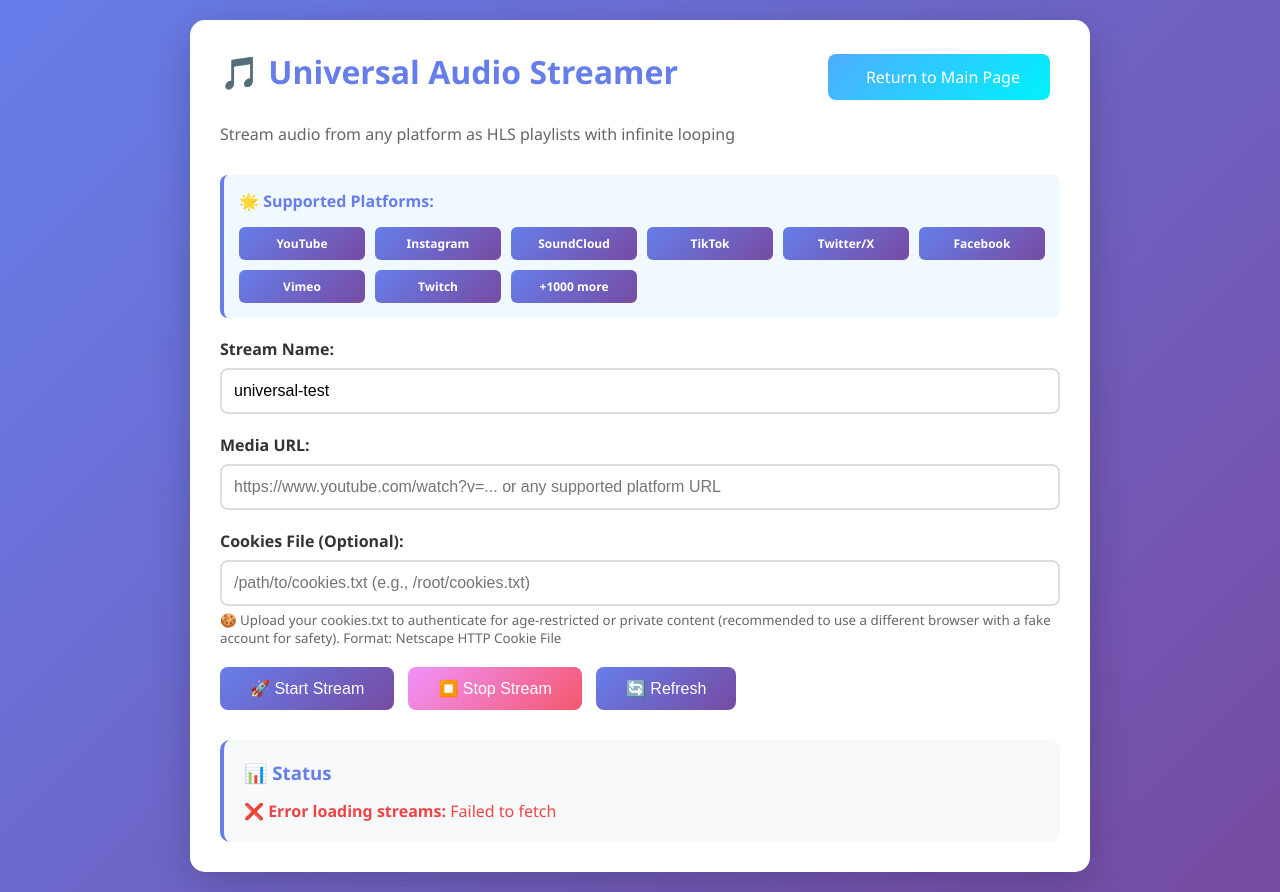
Repository: Anubis2001/quran-live-m3u8
Page: public/universal-streamer.html
An editor plug-in stored every save of this project. The page is shown before and after the next save, followed by the edit.
The browser window is 1280 px wide. The pictures show the whole page.
The page's requests for data from a server got no answer.

Above is the page before, as saved 2026-04-03 20:31:26.

### public/universal-streamer.html
<!DOCTYPE html>
<html lang="en">
<head>
    <meta charset="UTF-8">
    <meta name="viewport" content="width=device-width, initial-scale=1.0">
    <title>Universal Audio Streamer</title>
    <style>
        * {
            margin: 0;
            padding: 0;
            box-sizing: border-box;
        }

        body {
            font-family: 'Segoe UI', Tahoma, Geneva, Verdana, sans-serif;
            background: linear-gradient(135deg, #667eea 0%, #764ba2 100%);
            min-height: 100vh;
            padding: 20px;
        }

        .container {
            max-width: 900px;
            margin: 0 auto;
            background: white;
            border-radius: 15px;
            padding: 30px;
            box-shadow: 0 10px 40px rgba(0,0,0,0.2);
        }

        h1 {
            color: #667eea;
            margin-bottom: 10px;
        }

        .subtitle {
            color: #666;
            margin-bottom: 30px;
        }

        .form-group {
            margin-bottom: 20px;
        }

        label {
            display: block;
            margin-bottom: 8px;
            color: #333;
            font-weight: 600;
        }

        input[type="text"],
        input[type="url"] {
            width: 100%;
            padding: 12px;
            border: 2px solid #ddd;
            border-radius: 8px;
            font-size: 16px;
            transition: border-color 0.3s;
        }

        input:focus {
            outline: none;
            border-color: #667eea;
        }

        .btn {
            background: linear-gradient(135deg, #667eea 0%, #764ba2 100%);
            color: white;
            border: none;
            padding: 12px 30px;
            border-radius: 8px;
            font-size: 16px;
            cursor: pointer;
            transition: transform 0.2s, box-shadow 0.2s;
            margin-right: 10px;
        }

        .btn:hover {
            transform: translateY(-2px);
            box-shadow: 0 5px 15px rgba(102, 126, 234, 0.4);
        }

        .btn:active {
            transform: translateY(0);
        }

        .btn-stop {
            background: linear-gradient(135deg, #f093fb 0%, #f5576c 100%);
        }

        .btn-secondary {
            background: linear-gradient(135deg, #4facfe 0%, #00f2fe 100%);
        }

        .status-box {
            margin-top: 30px;
            padding: 20px;
            background: #f8f9fa;
            border-radius: 10px;
            border-left: 4px solid #667eea;
        }

        .status-box h3 {
            color: #667eea;
            margin-bottom: 15px;
        }

        .stream-item {
            background: white;
            padding: 15px;
            margin-bottom: 10px;
            border-radius: 8px;
            border: 1px solid #e0e0e0;
        }

        .stream-item strong {
            color: #667eea;
        }

        .success {
            color: #22c55e;
        }

        .error {
            color: #ef4444;
        }

        .loading {
            display: inline-block;
            width: 20px;
            height: 20px;
            border: 3px solid rgba(102, 126, 234, 0.3);
            border-radius: 50%;
            border-top-color: #667eea;
            animation: spin 1s ease-in-out infinite;
        }

        @keyframes spin {
            to { transform: rotate(360deg); }
        }

        .audio-player {
            margin-top: 15px;
            width: 100%;
        }

        code {
            background: #f0f0f0;
            padding: 2px 6px;
            border-radius: 3px;
            font-family: 'Courier New', monospace;
            color: #d63384;
        }

        .platforms-grid {
            display: grid;
            grid-template-columns: repeat(auto-fit, minmax(120px, 1fr));
            gap: 10px;
            margin-top: 15px;
        }

        .platform-badge {
            background: linear-gradient(135deg, #667eea 0%, #764ba2 100%);
            color: white;
            padding: 8px 12px;
            border-radius: 6px;
            text-align: center;
            font-size: 12px;
            font-weight: 600;
        }
    </style>
</head>
<body>
    <div class="container">
        <div style="display: flex; justify-content: space-between; align-items: center; margin-bottom: 20px;">
            <h1>🎵 Universal Audio Streamer</h1>
            <a href="/dashboard.html" class="btn btn-secondary" style="text-decoration: none; display: inline-flex; align-items: center; gap: 8px;">
                <i class="fas fa-arrow-left"></i> Return to Main Page
            </a>
        </div>
        <p class="subtitle">Stream audio from any platform as HLS playlists with infinite looping</p>

        <div style="background: #f0f9ff; border-left: 4px solid #667eea; padding: 15px; margin-bottom: 20px; border-radius: 8px;">
            <p style="color: #667eea; font-weight: 600; margin-bottom: 10px;">🌟 Supported Platforms:</p>
            <div class="platforms-grid">
                <div class="platform-badge">YouTube</div>
                <div class="platform-badge">Instagram</div>
                <div class="platform-badge">SoundCloud</div>
                <div class="platform-badge">TikTok</div>
                <div class="platform-badge">Twitter/X</div>
                <div class="platform-badge">Facebook</div>
                <div class="platform-badge">Vimeo</div>
                <div class="platform-badge">Twitch</div>
                <div class="platform-badge">+1000 more</div>
            </div>
        </div>

        <div class="form-group">
            <label for="streamName">Stream Name:</label>
            <input type="text" id="streamName" placeholder="e.g., my-audio-stream" value="universal-test">
        </div>

        <div class="form-group">
            <label for="mediaUrl">Media URL:</label>
            <input type="url" id="mediaUrl" placeholder="https://www.youtube.com/watch?v=... or any supported platform URL">
        </div>

        <div class="form-group">
            <label for="cookiesPath">Cookies File (Optional):</label>
            <input type="text" id="cookiesPath" placeholder="/path/to/cookies.txt (e.g., /root/cookies.txt)">
            <small style="color: #666; display: block; margin-top: 5px;">
                🍪 Upload your cookies.txt to authenticate for age-restricted or private content (recommended to use a different browser with a fake account for safety).
                Format: Netscape HTTP Cookie File
            </small>
        </div>

        <div style="margin-top: 20px;">
            <button class="btn" onclick="startStream()" id="startBtn">
                🚀 Start Stream
            </button>
            <button class="btn btn-stop" onclick="stopStream()" id="stopBtn">
                ⏹️ Stop Stream
            </button>
            <button class="btn" onclick="loadStreams()" id="refreshBtn">
                🔄 Refresh
            </button>
        </div>

        <div class="status-box" id="statusBox">
            <h3>📊 Status</h3>
            <div id="statusContent">Click "Refresh" to load active streams</div>
        </div>
    </div>

    <script>
        const SERVER_URL = window.location.origin;
        const AUTH_HEADER = 'Basic YWRtaW46QCFKS0YzZVdkMTI=';

        async function startStream() {
            const name = document.getElementById('streamName').value.trim();
            const url = document.getElementById('mediaUrl').value.trim();
            const cookiesPath = document.getElementById('cookiesPath').value.trim();

            if (!name || !url) {
                alert('Please enter both stream name and media URL');
                return;
            }

            const btn = document.getElementById('startBtn');
            btn.disabled = true;
            btn.innerHTML = '<span class="loading"></span> Starting...';

            try {
                const requestBody = { url: url };
                if (cookiesPath) {
                    requestBody.cookies = cookiesPath;
                }

                const response = await fetch(`${SERVER_URL}/api/streams/youtube/${name}`, {
                    method: 'POST',
                    headers: {
                        'Authorization': AUTH_HEADER,
                        'Content-Type': 'application/json'
                    },
                    body: JSON.stringify(requestBody)
                });

                if (response.ok) {
                    const data = await response.json();
                    const authInfo = data.authenticated ? '<br><strong>🍪 Authenticated:</strong> Yes (using cookies)' : '';
                    const platformInfo = data.platform ? `<br><strong>🎯 Platform:</strong> ${data.platform}` : '';
                    document.getElementById('statusContent').innerHTML = `
                        <div class="success">
                            <strong>✅ Stream started successfully!</strong><br><br>
                            <strong>Name:</strong> ${data.name}${platformInfo}<br>
                            <strong>Stream URL:</strong> <code>${data.streamUrl}</code>${authInfo}<br><br>
                            <audio controls class="audio-player">
                                <source src="${data.streamUrl}" type="application/vnd.apple.mpegurl">
                                Your browser does not support HLS playback.
                            </audio>
                        </div>
                    `;
                    loadStreams();
                } else {
                    const error = await response.json();
                    throw new Error(error.error || 'Failed to start stream');
                }
            } catch (error) {
                document.getElementById('statusContent').innerHTML = `
                    <div class="error">
                        <strong>❌ Error:</strong> ${error.message}
                    </div>
                `;
            } finally {
                btn.disabled = false;
                btn.innerHTML = '🚀 Start Stream';
            }
        }

        async function stopStream() {
            const name = document.getElementById('streamName').value.trim();

            if (!name) {
                alert('Please enter a stream name');
                return;
            }

            try {
                const response = await fetch(`${SERVER_URL}/api/streams/${name}/stop`, {
                    method: 'POST',
                    headers: {
                        'Authorization': AUTH_HEADER
                    }
                });

                if (response.ok) {
                    document.getElementById('statusContent').innerHTML = `
                        <div class="success">
                            <strong>✅ Stream stopped!</strong>
                        </div>
                    `;
                    loadStreams();
                } else {
                    const error = await response.text();
                    throw new Error(error);
                }
            } catch (error) {
                document.getElementById('statusContent').innerHTML = `
                    <div class="error">
                        <strong>❌ Error:</strong> ${error.message}
                    </div>
                `;
            }
        }

        async function loadStreams() {
            const statusContent = document.getElementById('statusContent');
            statusContent.innerHTML = '<span class="loading"></span> Loading...';

            try {
                const response = await fetch(`${SERVER_URL}/api/streams`);
                const streams = await response.json();

                if (streams.length === 0) {
                    statusContent.innerHTML = '<p>No active streams</p>';
                    return;
                }

                let html = '';
                streams.forEach(stream => {
                    const statusColor = stream.status === 'running' ? '#22c55e' : '#ef4444';
                    html += `
                        <div class="stream-item">
                            <strong>${stream.name}</strong><br>
                            <span style="color: ${statusColor}">● ${stream.status.toUpperCase()}</span><br>
                            <small>Created: ${new Date(stream.createdAt).toLocaleString()}</small><br>
                            <code>${stream.url}</code><br>
                            <audio controls style="margin-top: 10px; width: 100%;">
                                <source src="${stream.url}" type="application/vnd.apple.mpegurl">
                                Your browser does not support HLS
                            </audio>
                        </div>
                    `;
                });

                statusContent.innerHTML = html;
            } catch (error) {
                statusContent.innerHTML = `
                    <div class="error">
                        <strong>❌ Error loading streams:</strong> ${error.message}
                    </div>
                `;
            }
        }

        // Load streams on page load
        loadStreams();
    </script>
</body>
</html>

After the next save:
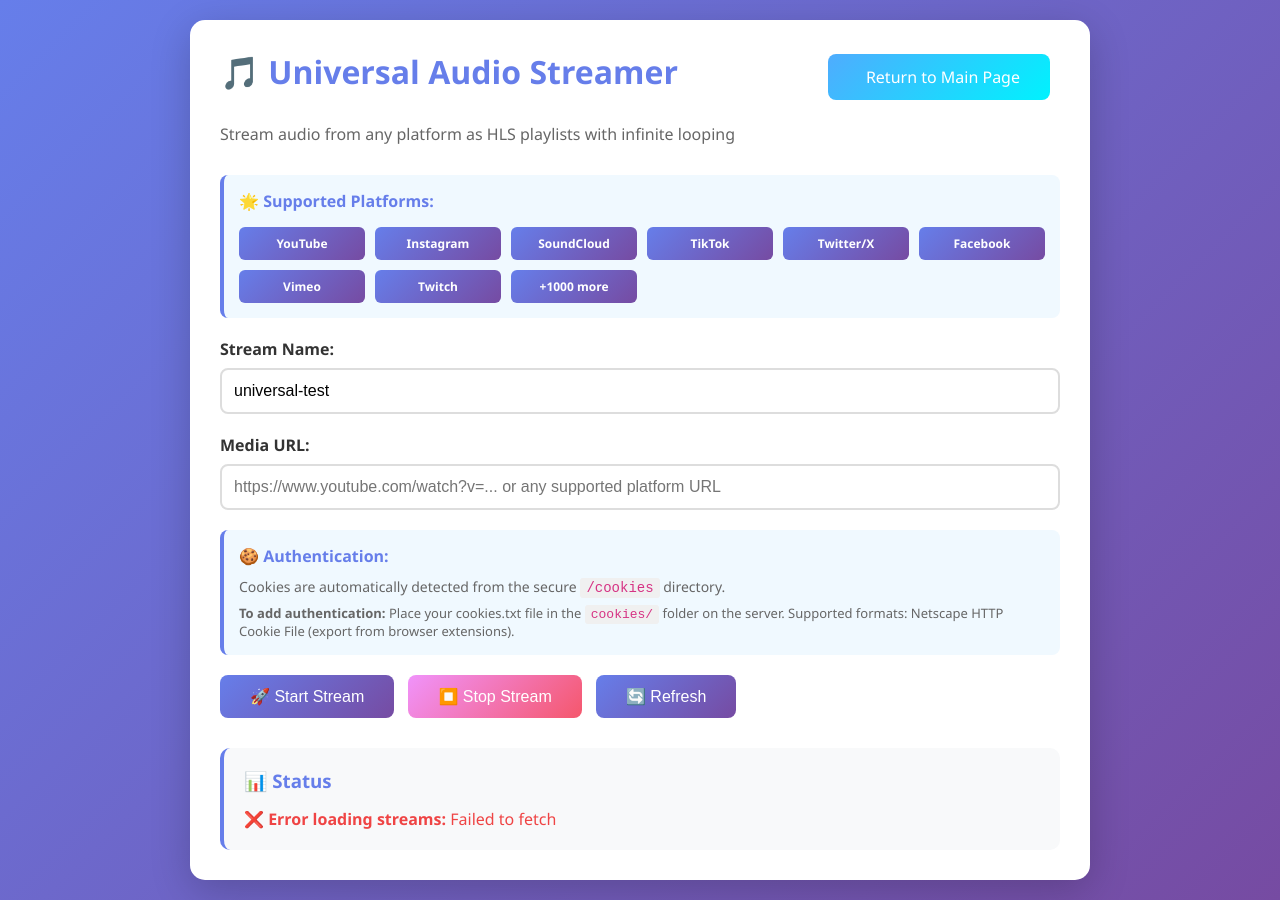
Saved 23 s later.
--- a/public/universal-streamer.html
+++ b/public/universal-streamer.html
@@ -205,13 +205,15 @@
             <input type="url" id="mediaUrl" placeholder="https://www.youtube.com/watch?v=... or any supported platform URL">
         </div>
 
-        <div class="form-group">
-            <label for="cookiesPath">Cookies File (Optional):</label>
-            <input type="text" id="cookiesPath" placeholder="/path/to/cookies.txt (e.g., /root/cookies.txt)">
-            <small style="color: #666; display: block; margin-top: 5px;">
-                🍪 Upload your cookies.txt to authenticate for age-restricted or private content (recommended to use a different browser with a fake account for safety).
-                Format: Netscape HTTP Cookie File
-            </small>
+        <div style="background: #f0f9ff; border-left: 4px solid #667eea; padding: 15px; margin-bottom: 20px; border-radius: 8px;">
+            <p style="color: #667eea; font-weight: 600; margin-bottom: 10px;">🍪 Authentication:</p>
+            <p style="color: #666; font-size: 14px; margin-bottom: 8px;">
+                Cookies are automatically detected from the secure <code>/cookies</code> directory.
+            </p>
+            <p style="color: #666; font-size: 13px;">
+                <strong>To add authentication:</strong> Place your cookies.txt file in the <code>cookies/</code> folder on the server.
+                Supported formats: Netscape HTTP Cookie File (export from browser extensions).
+            </p>
         </div>
 
         <div style="margin-top: 20px;">
@@ -239,7 +241,6 @@
         async function startStream() {
             const name = document.getElementById('streamName').value.trim();
             const url = document.getElementById('mediaUrl').value.trim();
-            const cookiesPath = document.getElementById('cookiesPath').value.trim();
 
             if (!name || !url) {
                 alert('Please enter both stream name and media URL');
@@ -252,9 +253,7 @@
 
             try {
                 const requestBody = { url: url };
-                if (cookiesPath) {
-                    requestBody.cookies = cookiesPath;
-                }
+                // Cookies are auto-detected from server's /cookies directory
 
                 const response = await fetch(`${SERVER_URL}/api/streams/youtube/${name}`, {
                     method: 'POST',
@@ -267,7 +266,7 @@
 
                 if (response.ok) {
                     const data = await response.json();
-                    const authInfo = data.authenticated ? '<br><strong>🍪 Authenticated:</strong> Yes (using cookies)' : '';
+                    const authInfo = data.cookiesUsed ? '<br><strong>🍪 Authenticated:</strong> Yes (using server cookies)' : '';
                     const platformInfo = data.platform ? `<br><strong>🎯 Platform:</strong> ${data.platform}` : '';
                     document.getElementById('statusContent').innerHTML = `
                         <div class="success">
@@ -283,7 +282,16 @@
                     loadStreams();
                 } else {
                     const error = await response.json();
-                    throw new Error(error.error || 'Failed to start stream');
+                    let errorMessage = error.error || 'Failed to start stream';
+
+                    // Add helpful message if cookies are required
+                    if (error.requiresCookies && !error.cookiesProvided) {
+                        errorMessage += '<br><br><strong>💡 Solution:</strong> Please place a cookies.txt file in the server\'s <code>/cookies</code> directory.';
+                    } else if (error.requiresCookies && error.cookiesProvided) {
+                        errorMessage += '<br><br><strong>💡 Solution:</strong> Your cookies may be expired. Please update the cookies.txt file in the <code>/cookies</code> directory.';
+                    }
+
+                    throw new Error(errorMessage);
                 }
             } catch (error) {
                 document.getElementById('statusContent').innerHTML = `
